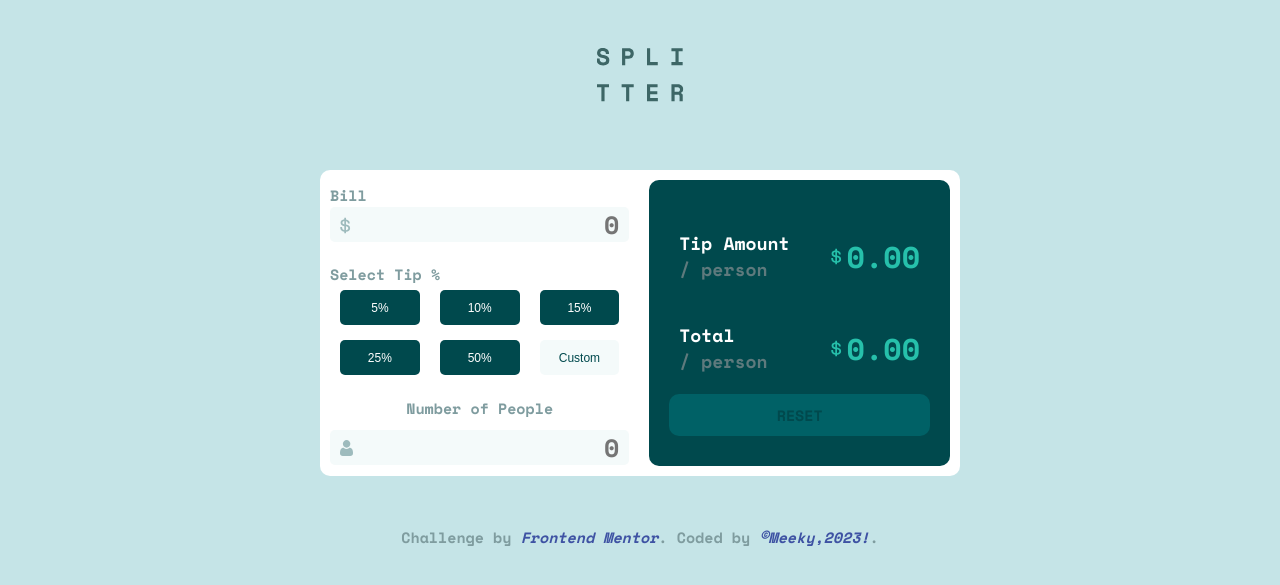
Repository: MeekyBerry/Frontend-Mentor-Challenges
Page: tip-calculator-app/index.html
An editor plug-in stored every save of this project. The page is shown before and after the next save, followed by the edit.
The browser window is 1280 px wide. The pictures show the whole page.

Above is the page before, as saved 2023-04-07 20:30:08.

After the next save:
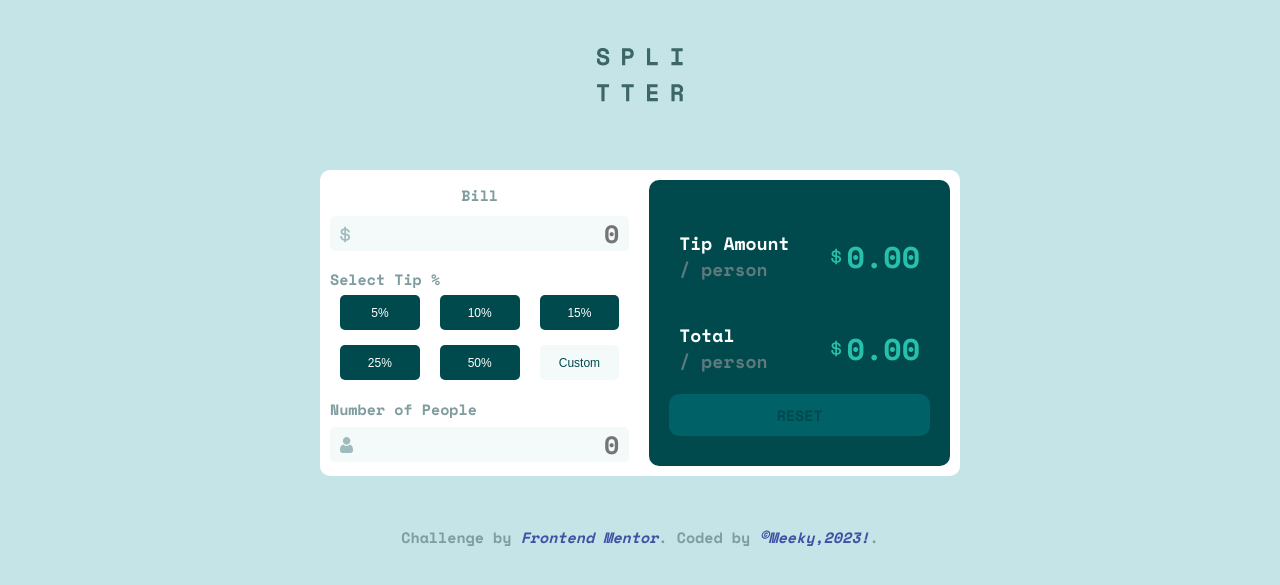
Saved 67 s later.
--- a/tip-calculator-app/css/style.css
+++ b/tip-calculator-app/css/style.css
@@ -67,13 +67,15 @@ body {
 
 .first-container {
   width: 100%;
+}
+
+.bill-container {
   display: flex;
   flex-direction: column;
   justify-content: center;
   align-items: center;
   gap: 1rem;
 }
-
 .people-validate {
   display: flex;
   justify-content: space-between;
